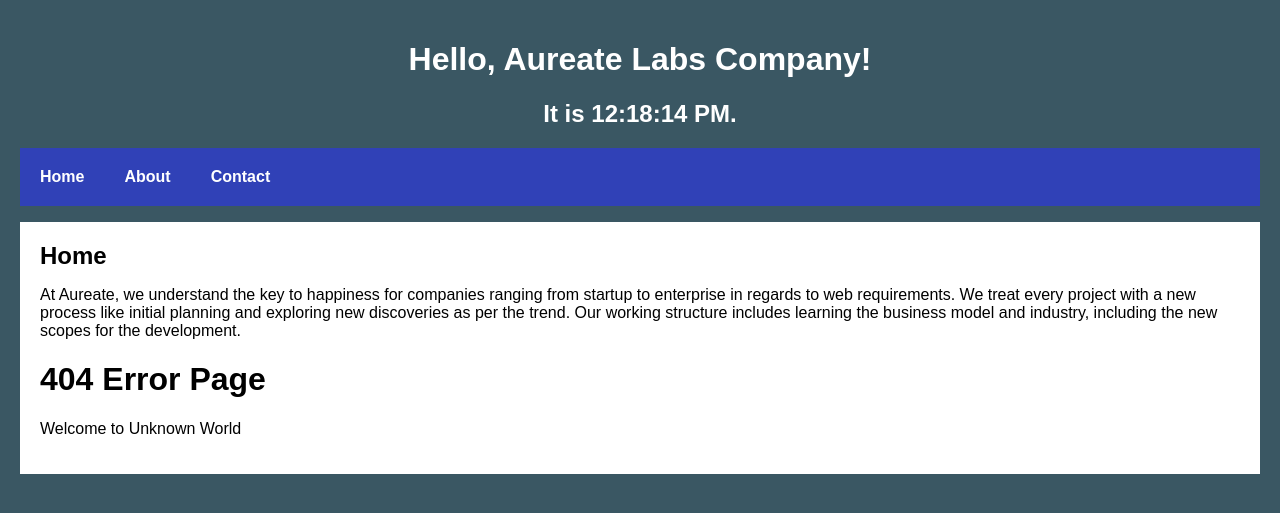
Repository: hardikaureate/React-Pages-Menu
Page: /
These files come from the project's save history. The page is drawn as it stood at one moment and after the next save; the edit follows.
The browser window is 1280 px wide. The pictures show the whole page.
The project was rebuilt for these pictures with package versions that can differ from the ones it lists, and the page was loaded fresh each time. Also part of the build but not shown: src/About.js, src/Contact.js.

Above is the page before, as saved 2020-10-26 15:31:40.

After the next save:
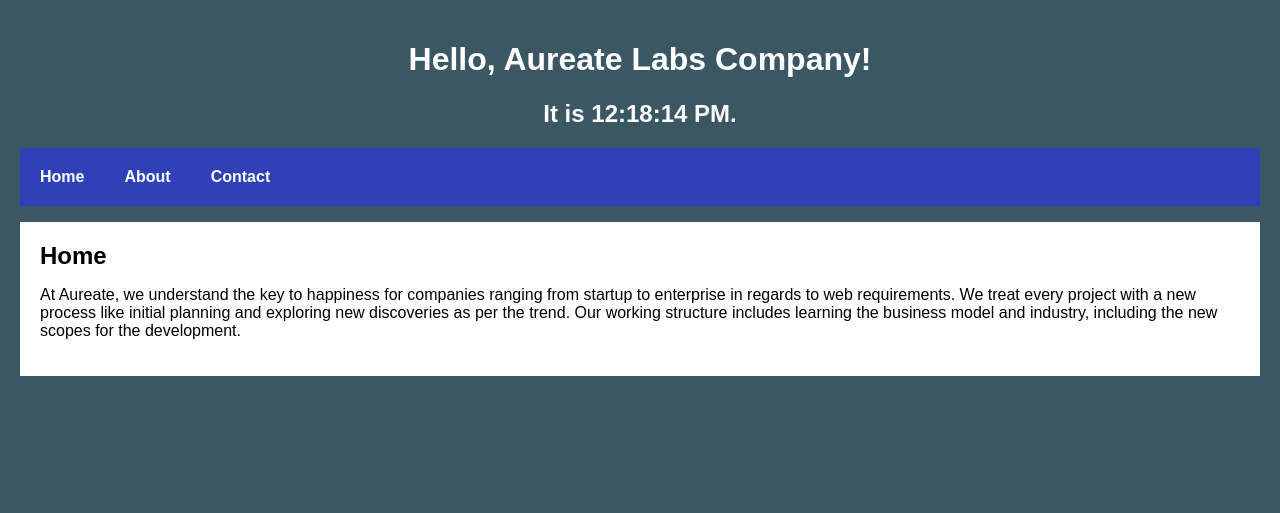
Saved 11 s later.
--- a/src/Main.js
+++ b/src/Main.js
@@ -22,7 +22,7 @@
                                         <Route exact path="/" component={Home} />
                                         <Route exact path="/about" component={About} />
                                         <Route exact path="/contact" component={Contact} />
-                                        <Route component={Errorpage} />
+
                                 </div>
                         </React.Fragment>
                         </HashRouter>

After the save that followed:
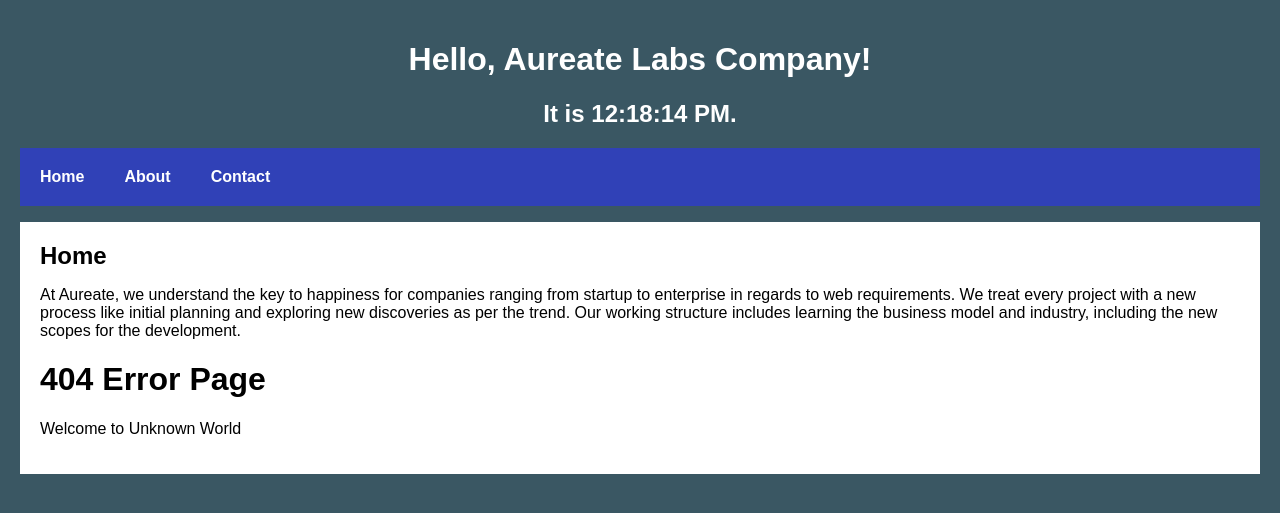
Saved 12 s later.
--- a/src/Main.js
+++ b/src/Main.js
@@ -22,7 +22,7 @@
                                         <Route exact path="/" component={Home} />
                                         <Route exact path="/about" component={About} />
                                         <Route exact path="/contact" component={Contact} />
-
+                                        <Route component={Errorpage} />
                                 </div>
                         </React.Fragment>
                         </HashRouter>
